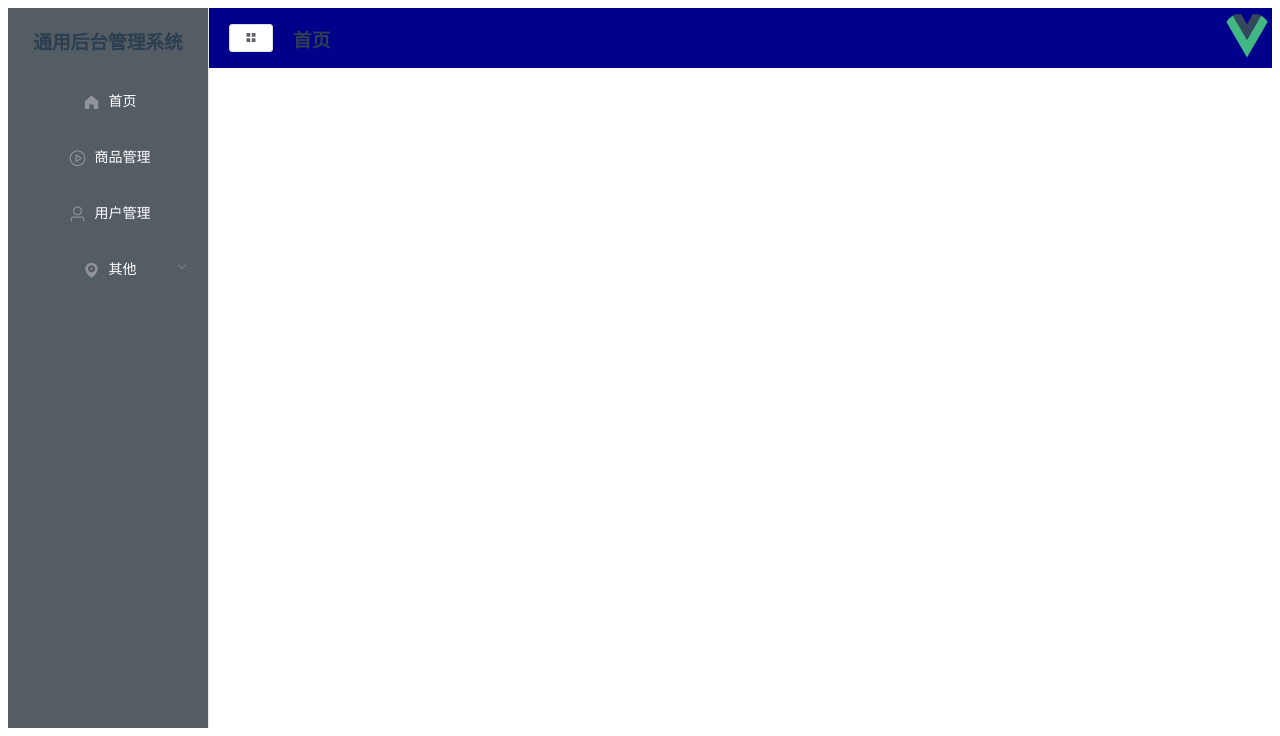
Repository: 385841539/VueStudy
Page: / (app in vue_cli/)
These files come from the project's save history. The page is drawn as it stood at one moment and after the next save; the edit follows.
The browser window is 1280 px wide. The pictures show the whole page.
The project was rebuilt for these pictures with package versions that can differ from the ones it lists, and the page was loaded fresh each time. Also part of the build but not shown: vue_cli/vue.config.js.

Above is the page before, as saved 2022-01-12 19:58:49.

After the next save:
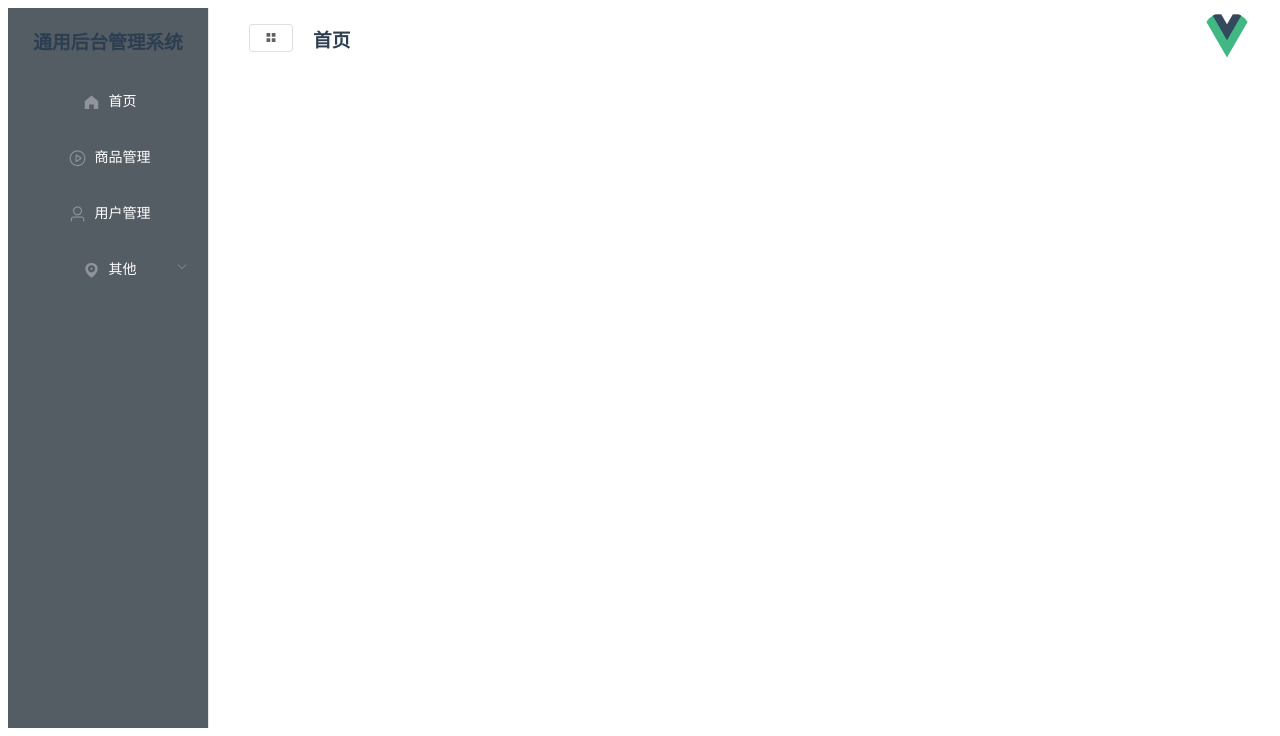
Saved 25 s later.
--- a/vue_cli/src/views/Main.vue
+++ b/vue_cli/src/views/Main.vue
@@ -26,16 +26,16 @@
 };
 </script>
 <style lang='scss' scoped>
-.el-container {
+el-container {
   padding: 0%;
 }
-.el-header {
+el-header {
   background-color: darkblue;
   width: 100%;
   padding: 0%;
   margin: 0%;
 }
-.el-main {
+el-main {
   padding-top: 20;
 }
 </style>

After the save that followed:
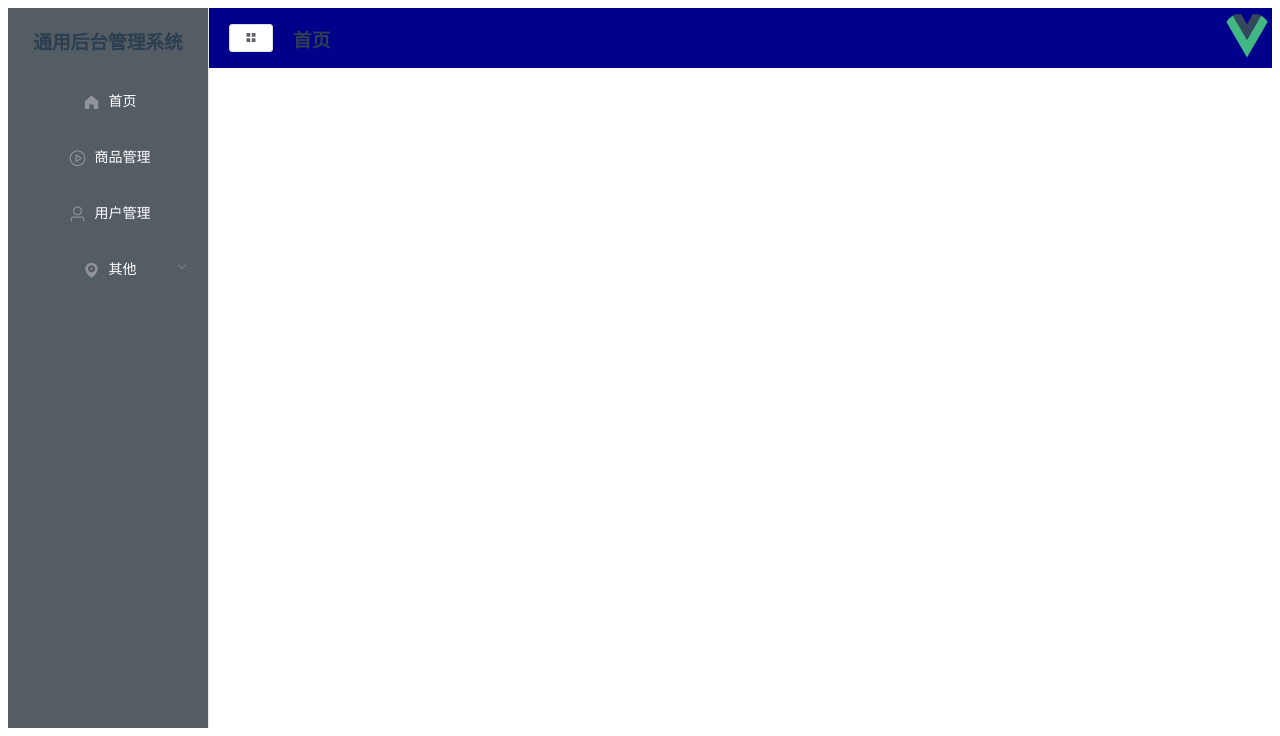
Saved 8 s later.
--- a/vue_cli/src/views/Main.vue
+++ b/vue_cli/src/views/Main.vue
@@ -26,16 +26,16 @@
 };
 </script>
 <style lang='scss' scoped>
-el-container {
+.el-container {
   padding: 0%;
 }
-el-header {
+.el-header {
   background-color: darkblue;
   width: 100%;
   padding: 0%;
   margin: 0%;
 }
-el-main {
+.el-main {
   padding-top: 20;
 }
 </style>
